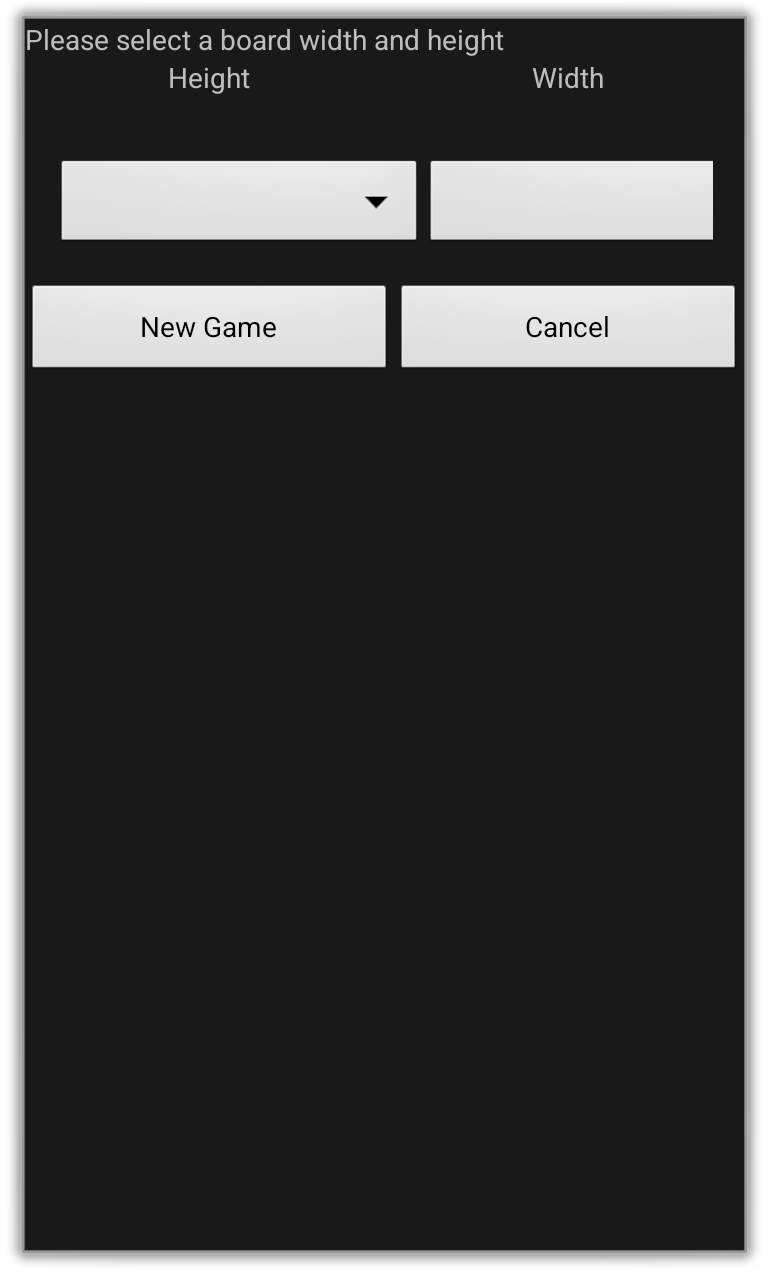
Repository: rickydalziel/project
Layout: Numbersorter/res/layout/new_game_dialog.xml
The author's editor kept a copy of each file at every save. The layout is drawn from the files as they stood at one save, then again after the next save.
It is drawn on a 768 x 1280 px phone screen (xhdpi) without system bars, with theme android:Theme.Dialog; the app's code is not run.

Above is the layout before, as saved 2013-02-14 11:46:12.

After the next save:
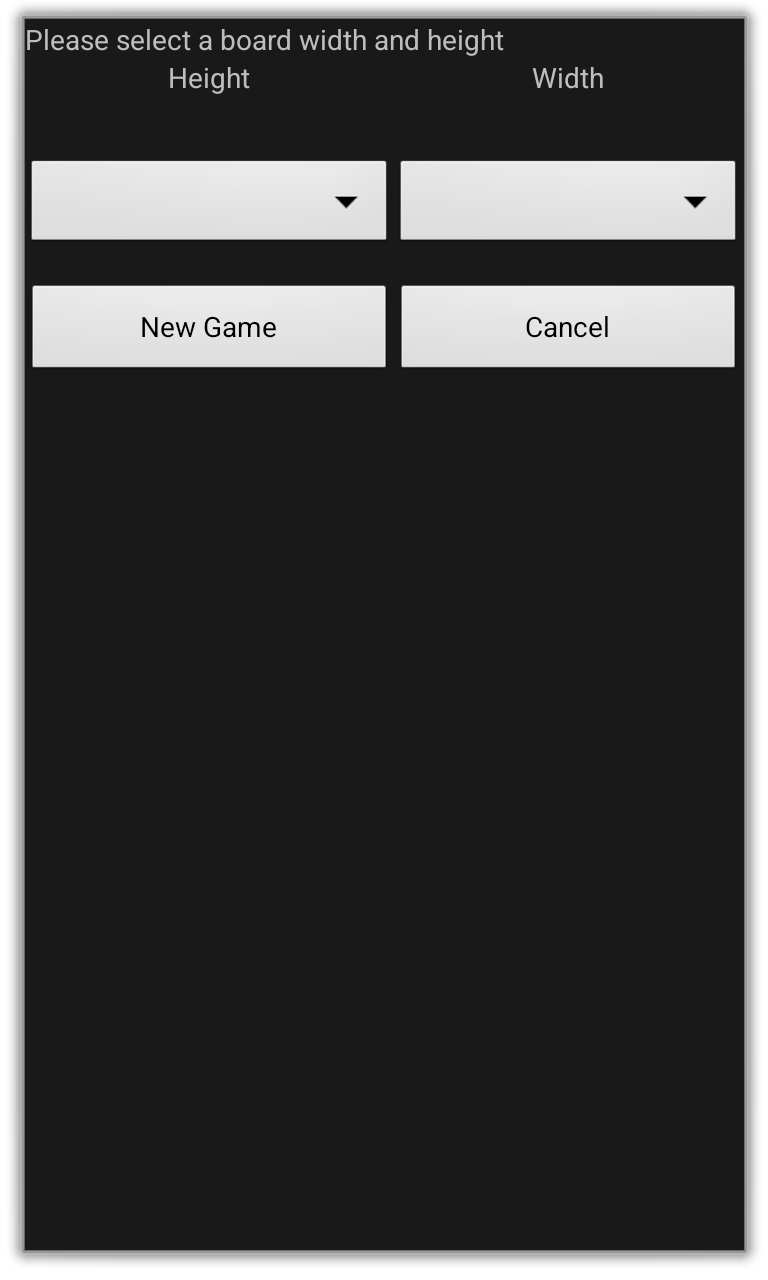
Saved 99 s later.
--- a/Numbersorter/res/layout/new_game_dialog.xml
+++ b/Numbersorter/res/layout/new_game_dialog.xml
@@ -44,7 +44,8 @@
 		    </TableRow>
 
 	        <TableRow
-	            android:padding="15dp" >
+	            android:paddingTop="15dp"
+	            android:paddingBottom="15dp" >
 
 
 
